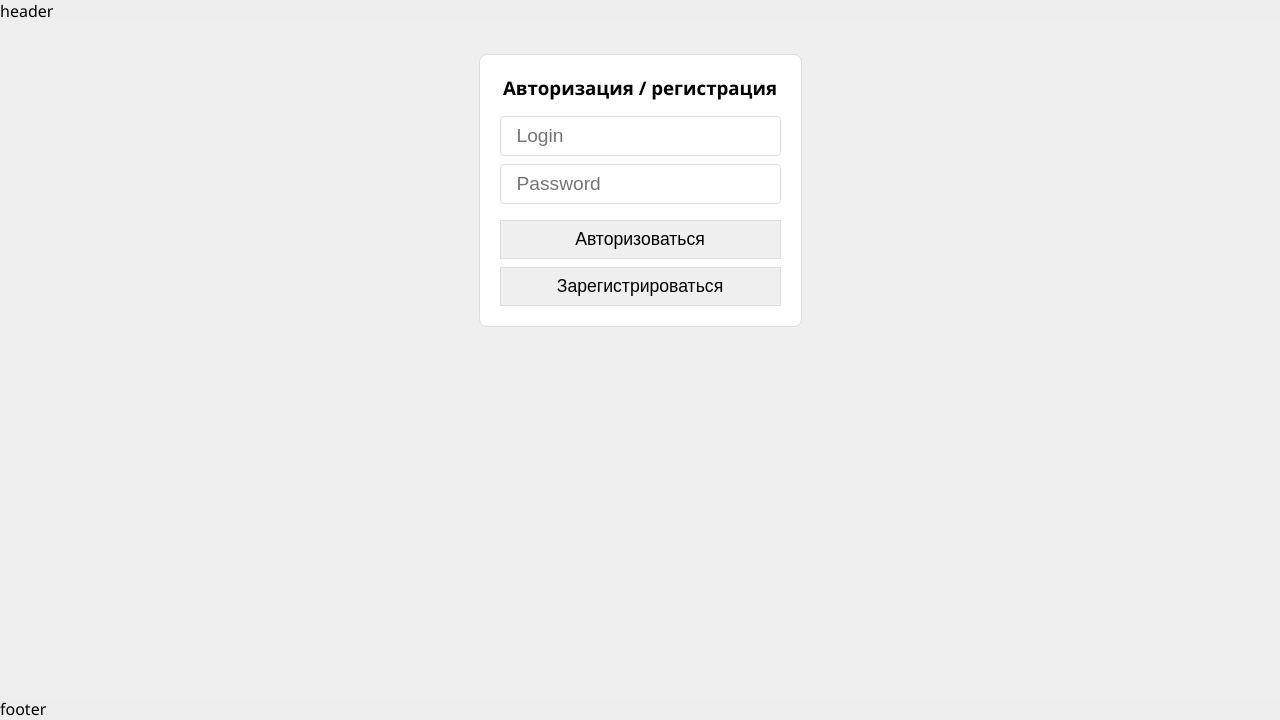
Repository: slep0y/fakeAuth
Page: index.html
An editor plug-in stored every save of this project. The page is shown before and after the next save, followed by the edit.
The browser window is 1280 px wide. The pictures show the whole page.
The style sheet was rebuilt from its Sass, Less or Tailwind sources for each picture, by a compiler version that may differ from the author's.

Above is the page before, as saved 2025-01-19 18:18:25.

### index.html
<!DOCTYPE html>
<html lang="ru">
<head>
    <meta charset="UTF-8">
    <meta name="viewport" content="width=device-width, initial-scale=1.0">
    <!-- <link rel="stylesheet" href="./styles/special-style.css"> -->
    <link rel="stylesheet" href="/styles/style.css">
    <title>Document</title>
</head>
<body class="page">
    <header class="header">header</header>
    <main class="main">
        <section class="auth-section hidden">
            <div class="container">
                <div class="auth-section__inner">
                    <form action="*" class="form" id="authForm">
                        <h3 class="form__title">Авторизация / регистрация</h3>
                        <div class="fieldgroup">
                            <input id="loginName" name="loginName" type="text" class="input" placeholder="Login">
                            <input id="loginPass" name="loginPass" type="password" class="input" placeholder="Password">
                        </div>
                        <div class="controls">
                            <button id="authButton" class="button">Авторизоваться</button>
                            <button id="regButton" class="button">Зарегистрироваться</button>
                        </div>
                    </form>
                </div>
            </div>
        </section>
        <section class="content hidden">
            <div class="container">
                <div class="content__inner">
                    <button id="exitButton" class="button">Выйти из профиля</button>
                    <h1>Приветствую</h1>
                </div>
            </div>
        </section>
    </main>
    <footer class="footer">footer</footer>

    <script src="./js/script.js"></script>
</body>
</html>

### js/script.js
let form = document.querySelector('#authForm'),
    authSection = document.querySelector('.auth-section'),
    content = document.querySelector('.content'),
    authButton = form.querySelector('#authButton'),
    regButton = form.querySelector('#regButton'),
    exitButton = document.querySelector('#exitButton'),
    loginName = form.querySelector('#loginName'),
    loginPass = form.querySelector('#loginPass');

function checkAuthData(){
    if(localStorage.getItem('authorize') && localStorage.getItem('userAuth')){
        let authName = localStorage.getItem('authorize'),
            usersBase = JSON.parse(localStorage.getItem('userAuth'));
        if(usersBase[authName]){
            content.classList.remove('hidden');
            authSection.classList.add('hidden');
            showMessage('Вы авторизованы как: ' + authName);
            cleanFields();
        }else{
            authSection.classList.remove('hidden');
            showMessage('Вы не авторизованы! Авторизуйтесь!');
        }
    }else{
        authSection.classList.remove('hidden');
        showMessage('Вы не авторизованы! Авторизуйтесь!');
    }
    cleanFields();
}

function authorize(e){
    e.preventDefault();
    let name = loginName.value,
        pass = loginPass.value;
    if(localStorage.getItem('userAuth')){
        let usersBase = JSON.parse(localStorage.getItem('userAuth'));
        if(usersBase[name] && pass == usersBase[name]['pass']){
            localStorage.setItem('authorize', name);
            checkAuthData();
        }else{
            showMessage('Неверные: Имя и Пароль');
        }
    }else{
        showMessage('Неверные: Имя и Пароль');
    }
}

function logout(e){
    e.preventDefault();
    localStorage.removeItem('authorize');
    showMessage('Вы вышли из профиля. Автризуйтесь!');
    content.classList.add('hidden');
    authSection.classList.remove('hidden');
}

function register(e){
    e.preventDefault();
    let name = loginName.value,
        pass = loginPass.value;
    if(name != '' && pass != ''){
        if(localStorage.getItem('userAuth')){
            let inBaseUserAuth = JSON.parse(localStorage.getItem('userAuth')),
                newUser = {
                    name: name,
                    pass: pass
                };
            inBaseUserAuth[name] = newUser;
            localStorage.setItem('userAuth', JSON.stringify(inBaseUserAuth));
            showMessage('Вы зарегистрированы! Авторизуйтесь!');
            cleanFields();
        }else{
            let newBaseUserAuth = {
                [name] : {
                    name: name,
                    pass: pass
                }
            };
            localStorage.setItem('userAuth', JSON.stringify(newBaseUserAuth));
            showMessage('Вы зарегистрированы! Авторизуйтесь!');
            cleanFields();
        }
    }
}

function showMessage(text){
    console.log(text);
}
function cleanFields(){
    loginName.value = '';
    loginPass.value = '';
}

checkAuthData();
authButton.onclick = authorize;
regButton.onclick = register;
exitButton.onclick = logout;

### styles/style.scss
@import "_base.scss";
@import "blocks/page/_page.scss";
@import "blocks/container/_container.scss";
@import "blocks/main/_main.scss";
@import "blocks/header/_header.scss";
@import "blocks/footer/_footer.scss";
@import "blocks/auth-section/_auth-section.scss";
@import "blocks/content/_content.scss";
@import "blocks/form/_form.scss";
@import "blocks/fieldgroup/_fieldgroup.scss";
@import "blocks/controls/_controls.scss";
@import "blocks/input/_input.scss";
@import "blocks/button/_button.scss";

### styles/_base.scss
:root{
    --segoe:'Segoe UI', Tahoma, Geneva, Verdana, sans-serif;
    --grey_lite: #dedede;
    --lite: #efefef;
}
body, html {
    margin: 0;
    padding: 0;
    height: 100%;
    font-family: var(--segoe);
}
*, *::after, *::before {
    box-sizing: border-box;
}
section{
    padding-block: 2rem;
}

### styles/blocks/page/_page.scss
.page{
    display: grid;
    grid-auto-rows: min-content auto min-content;
    background-color: var(--lite);
}

### styles/blocks/container/_container.scss
.container {
    width: 100%;
    margin-inline: auto;
    max-width: 1140px;
    padding-inline: 20px;
}

### styles/blocks/main/_main.scss
.main{

}

### styles/blocks/header/_header.scss
.header{
    background-color: #eee;
}

### styles/blocks/footer/_footer.scss
.footer{
    background-color: #eee;
}

### styles/blocks/auth-section/_auth-section.scss
.auth-section{
    display: block;
    &__inner{
        display: grid;
        justify-content: center;
    }
    &.hidden{
        display: none;
    }
}

### styles/blocks/content/_content.scss
.content{
    &.hidden{
        display: none;
    }
}

### styles/blocks/form/_form.scss
.form{
    max-width: 640px;
    width: 100%;
    display: grid;
    gap: 16px;
    border: 1px solid var(--grey_lite);
    padding: 20px;
    border-radius: 8px;
    background-color: #fff;
    grid-auto-rows: min-content;
    &.hidden{
        display: none;
    }
    &__title{
        margin: unset;
        white-space: nowrap;
        text-align: center;
    }
}

### styles/blocks/fieldgroup/_fieldgroup.scss
.fieldgroup{
    display: grid;
    gap: 8px;
}

### styles/blocks/controls/_controls.scss
.controls{
    display: grid;
    gap: 8px;
}

### styles/blocks/input/_input.scss
.input{
    border: 1px solid var(--grey_lite);
    border-radius: 4px;
    padding: 8px 16px;
    background-color: #fff;
    width: 100%;
    font-size: 1.2rem;
}

### styles/blocks/button/_button.scss
.button{
    display: flex;
    justify-content: center;
    align-items: center;
    font-size: 1.1rem;
    width: 100%;
    padding: 8px;
    border: 1px solid var(--grey_lite);
    background-color: var(--lite);
}

After the next save:
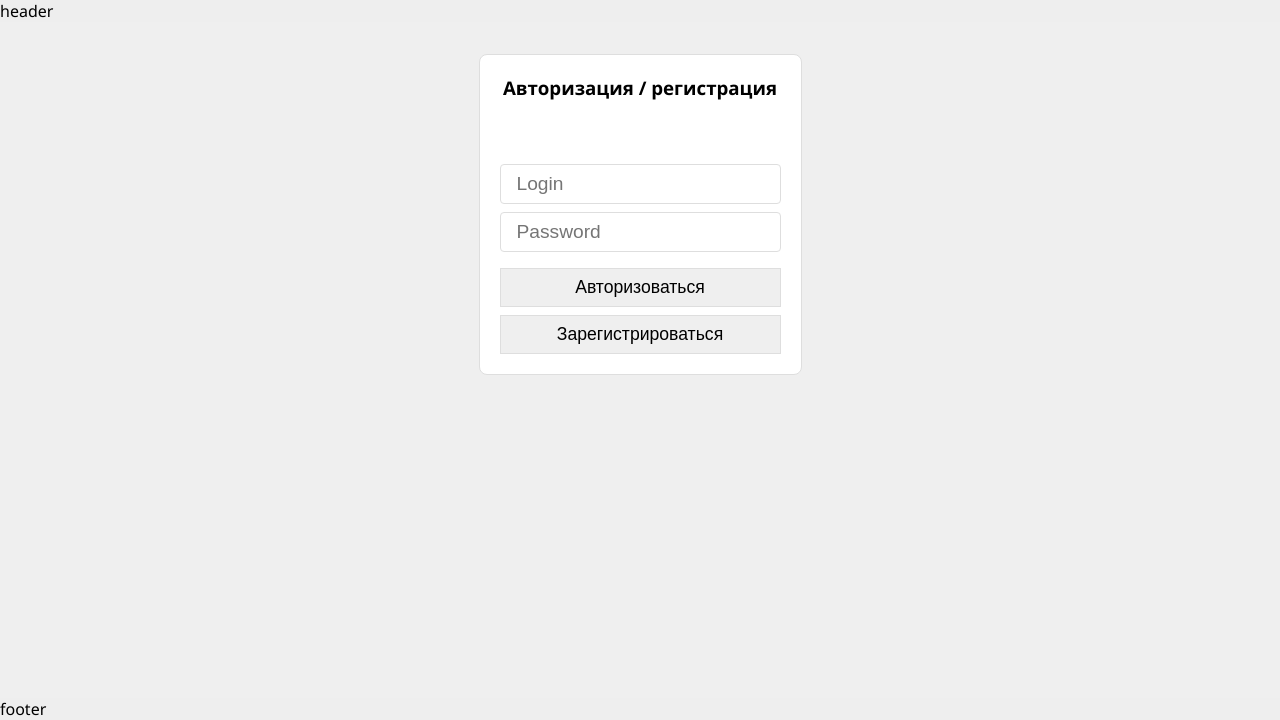
Saved 22 s later.
--- a/index.html
+++ b/index.html
@@ -15,6 +15,7 @@
                 <div class="auth-section__inner">
                     <form action="*" class="form" id="authForm">
                         <h3 class="form__title">Авторизация / регистрация</h3>
+                        <p class="form__message"></p>
                         <div class="fieldgroup">
                             <input id="loginName" name="loginName" type="text" class="input" placeholder="Login">
                             <input id="loginPass" name="loginPass" type="password" class="input" placeholder="Password">
